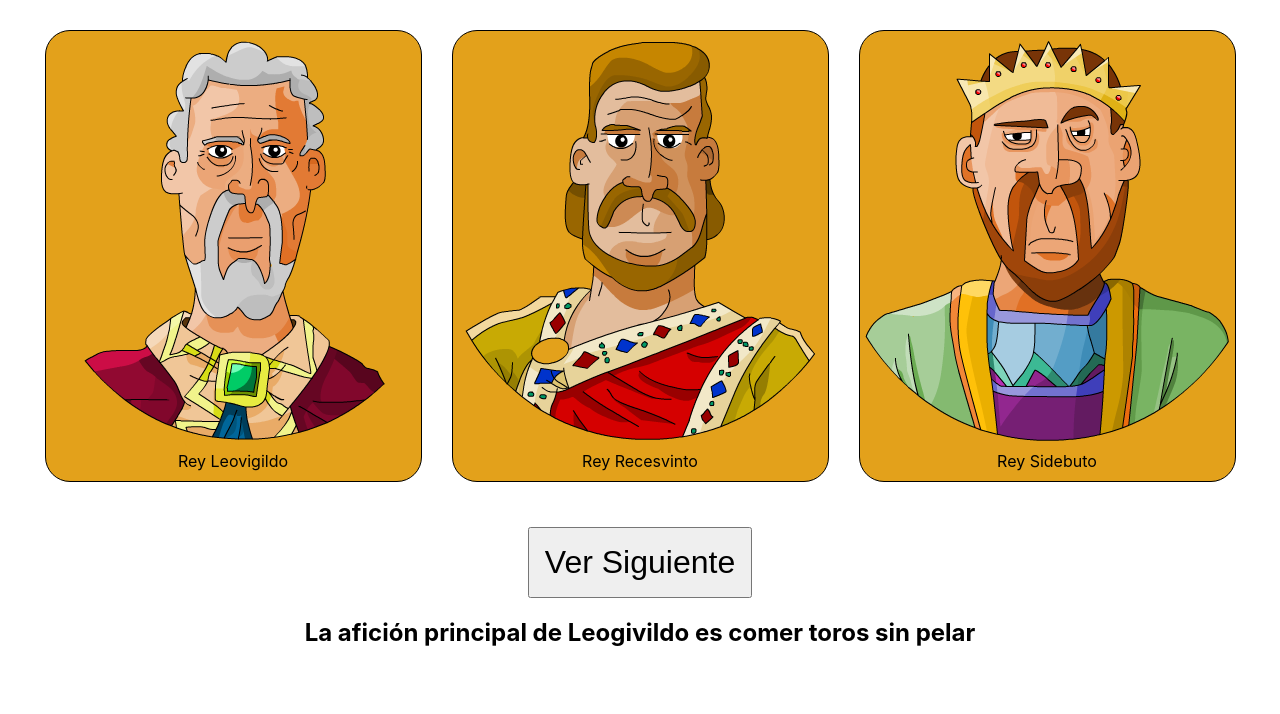
Repository: abgdev1997/ejercicios-react
Page: /
The author's editor kept a copy of each file at every save. The page is drawn from the files as they stood at one save, then again after the next save.
The browser window is 1280 px wide. The pictures show the whole page.
The project was rebuilt for these pictures with package versions that can differ from the ones it lists, and the page was loaded fresh each time.

Above is the page before, as saved 2022-02-22 13:38:27.

### public/index.html
<!DOCTYPE html>
<html lang="en">
  <head>
    <meta charset="utf-8" />
    <link rel="icon" href="%PUBLIC_URL%/favicon.ico" />
    <meta name="viewport" content="width=device-width, initial-scale=1" />
    <meta name="theme-color" content="#000000" />
    <meta
      name="description"
      content="Web site created using create-react-app"
    />
    <link rel="apple-touch-icon" href="%PUBLIC_URL%/logo192.png" />
    <link rel="manifest" href="%PUBLIC_URL%/manifest.json" />
    <title>Reyes Godos</title>
  </head>
  <body>
    <noscript>You need to enable JavaScript to run this app.</noscript>
    <div id="root"></div>
  </body>
</html>

### src/App.js
import "./App.css";
import leovigildo from "./rey_leogivildo.png";
import recesvinto from "./rey_recesvinto.png";
import sisebuto from "./rey_sisebuto.png";
import incognito from "./rey_incognito.png";
import { useState } from "react";

function App() {
  const reyesGodos = [
    {
      nombre: "Leogivildo",
      aficion: "comer toros sin pelar",
    },
    {
      nombre: "Recesvinto",
      aficion: "leer a Hegel en arameo",
    },
    {
      nombre: "Sisebuto",
      aficion: "la cría del escarabajo en almíbar",
    },
  ];

  const [mensaje, setMensaje] = useState(
    <h2>
      La afición principal de{" "}
      <span className="textoRojo">{reyesGodos[0].nombre}</span> es{" "}
      <span className="textoVerde">{reyesGodos[0].aficion}</span>
    </h2>
  );

  const [contador, setContador] = useState(1);

  const cambiarImagen = (e) => {
    if (e.target.src.includes("incognito")) {
      e.target.style.visibility = "hidden";
    } else {
      e.target.src = incognito;
    }
    e.target.parentNode.style.backgroundColor = "white";
    e.target.parentNode.style.borderColor = "white";
  };

  const cambiarTexto = (e) => {
    if (e.target.innerHTML.includes("Visto")) {
      e.target.style.visibility = "hidden";
    } else {
      e.target.innerHTML = "Visto";
    }
    e.target.style.backgroundColor = "white";
  };

  const cambiarMensaje = () => {
    setMensaje(
      <h2>
        La afición principal de{" "}
        <span className="textoRojo">{reyesGodos[contador].nombre}</span> es{" "}
        <span className="textoVerde">{reyesGodos[contador].aficion}</span>
      </h2>
    );
    if (contador === 2) {
      setContador(0);
    } else {
      setContador(contador + 1);
    }
  };

  return (
    <div className="App">
      <div className="cards-container">
        <div className="img">
          <img onClick={cambiarImagen} alt="Rey Leovigildo" src={leovigildo} />
          <span onClick={cambiarTexto} className="span">
            Rey Leovigildo
          </span>
        </div>
        <div className="img">
          <img onClick={cambiarImagen} alt="Rey Recesvinto" src={recesvinto} />
          <span onClick={cambiarTexto} className="span">
            Rey Recesvinto
          </span>
        </div>
        <div className="img">
          <img onClick={cambiarImagen} alt="Rey Sisebuto" src={sisebuto} />
          <span onClick={cambiarTexto} className="span">
            Rey Sidebuto
          </span>
        </div>
      </div>
      <div className="mensaje-container">
        <button className="mensaje" onClick={cambiarMensaje}>
          Ver Siguiente
        </button>
        <div>{mensaje}</div>
      </div>
    </div>
  );
}

export default App;

### src/App.css
.App{
  display: flex;
  flex-direction: column;
  justify-content: center;
}

.cards-container {
  display: flex;
  flex-direction: row;
  justify-content: center;
  align-items: center;
  padding: 15px;
}

.mensaje-container {
  display: flex;
  flex-direction: column;
  justify-content: center;
  align-items: center;
  padding: 15px;
}

.mensaje{
  padding: 15px;
  font-size: 2rem;
}

.img{
  background-color:#E3A11B;
  border-radius: 25px;
  display:flex;
  flex-direction: column;
  align-items:center;
  margin: 15px;
  padding-top: 10px;
  padding-bottom: 10px;
  border: 1px solid black;
}

.span{
  padding-top: 10px;
}

Loaded but not shown: src/index.js (common file); src/index.css (common file)

After the next save:
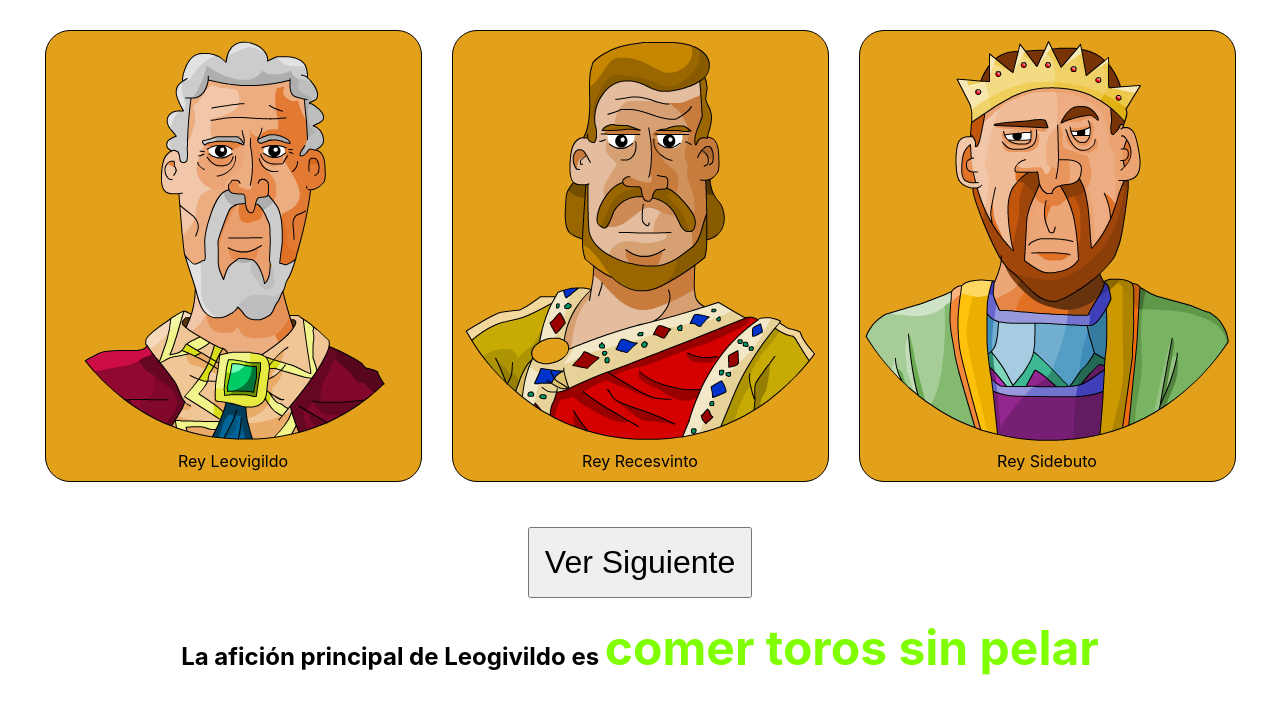
Saved 42 s later.
--- a/src/App.css
+++ b/src/App.css
@@ -40,3 +40,8 @@
 .span{
   padding-top: 10px;
 }
+
+.textoVerde{
+  color: chartreuse;
+  font-size: 3rem;
+}
